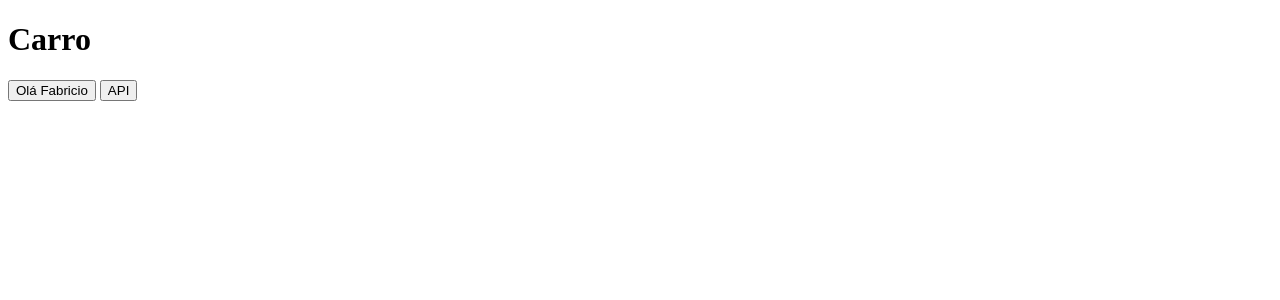
Repository: KennedyWanderson/applying-API
Page: index.html
The author's editor kept a copy of each file at every save. The page is drawn from the files as they stood at one save, then again after the next save.
The browser window is 1280 px wide. The pictures show the whole page.

Above is the page before, as saved 2024-01-14 14:50:26.

After the next save:
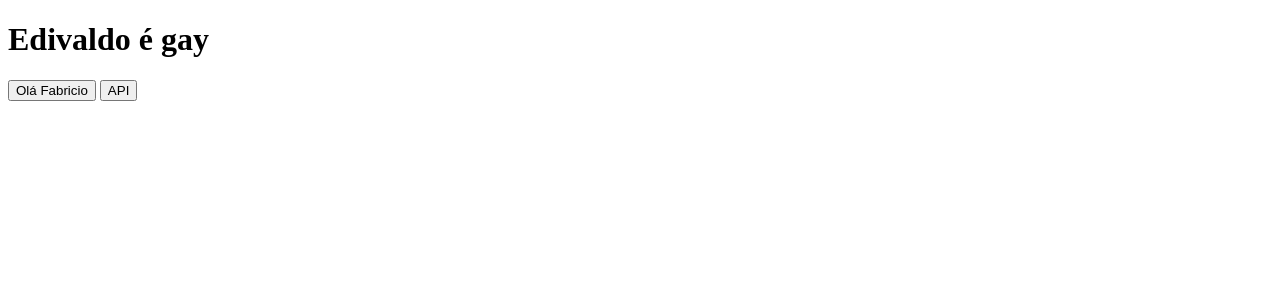
Saved 46 s later.
--- a/index.html
+++ b/index.html
@@ -6,7 +6,7 @@
     <title>Document</title>
 </head>
 <body>
-    <h1>Carro</h1>
+    <h1>Edivaldo é gay</h1>
     <div id="Marca"></div>
         <!-- <input type="text" id="link">
         <input type="text" id="link">

After the save that followed:
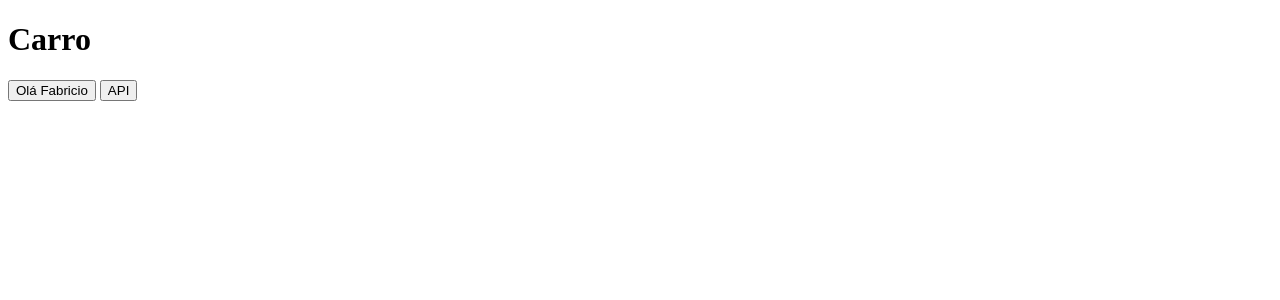
Saved 31 s later.
--- a/index.html
+++ b/index.html
@@ -6,7 +6,7 @@
     <title>Document</title>
 </head>
 <body>
-    <h1>Edivaldo é gay</h1>
+    <h1>Carro</h1>
     <div id="Marca"></div>
         <!-- <input type="text" id="link">
         <input type="text" id="link">
